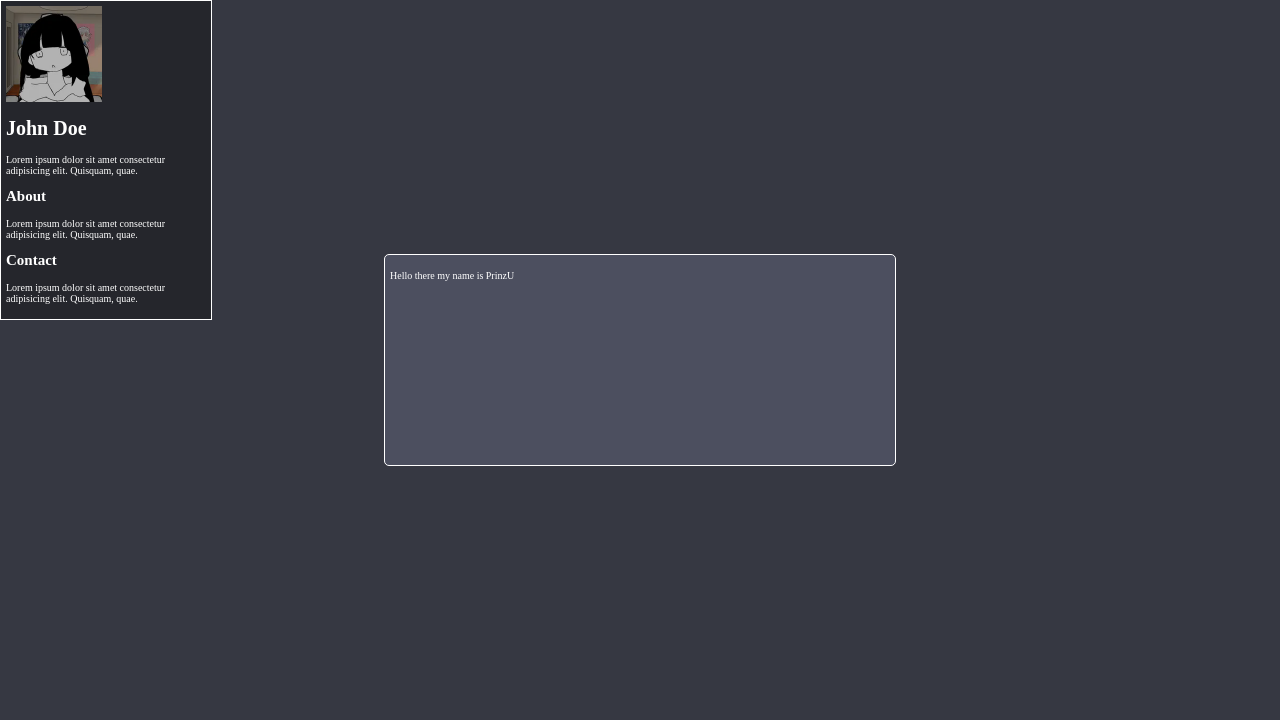
Repository: PrinzAI/PrinzAI.github.io
Page: index.html
These files come from the project's save history. The page is drawn as it stood at one moment and after the next save; the edit follows.
The browser window is 1280 px wide. The pictures show the whole page.
Some web fonts or font styles are not loaded; a fallback is used.

Above is the page before, as saved 2022-10-19 11:23:55.

After the next save:
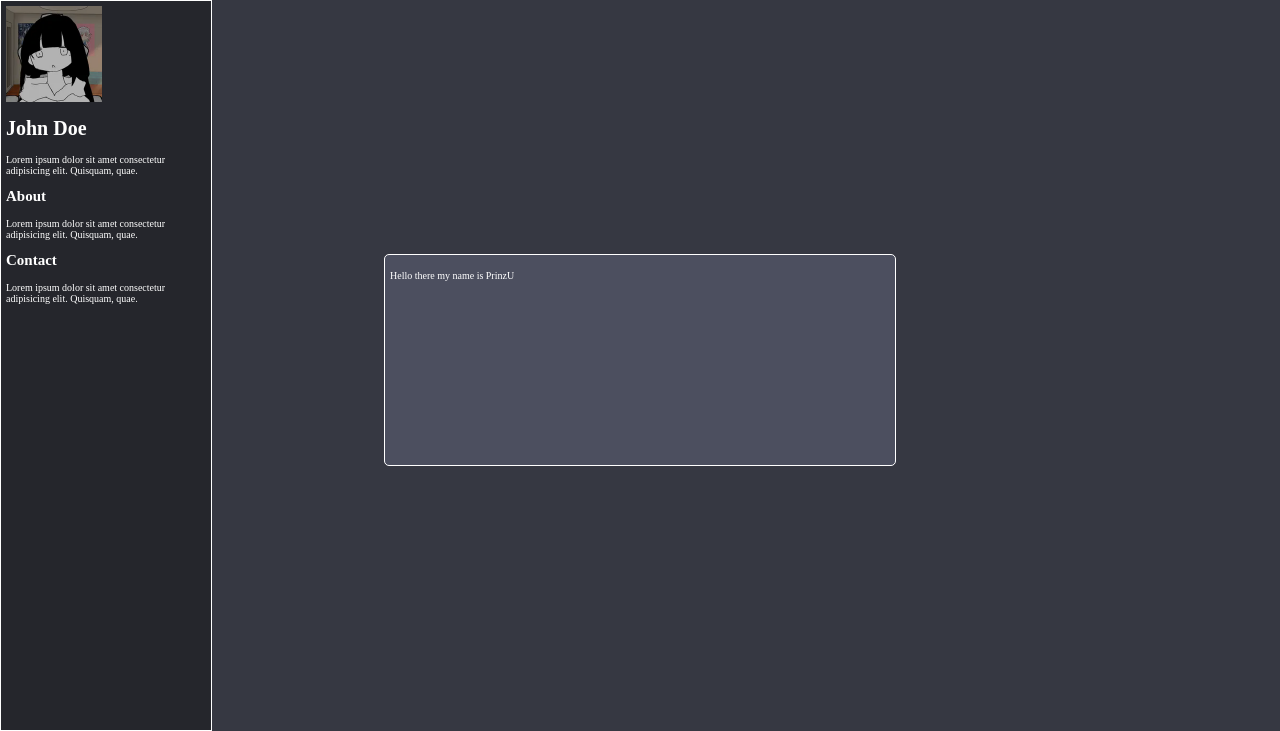
Saved 4 min 49 s later.
--- a/css/index.css
+++ b/css/index.css
@@ -13,7 +13,7 @@
     top: 0;
     left: 0;
     width: 200px;
-    height: 100% - 1px;
+    height: calc(100% - 1px);
     font-size: 10px;
     padding: 5px;
     border: 1px solid white;
